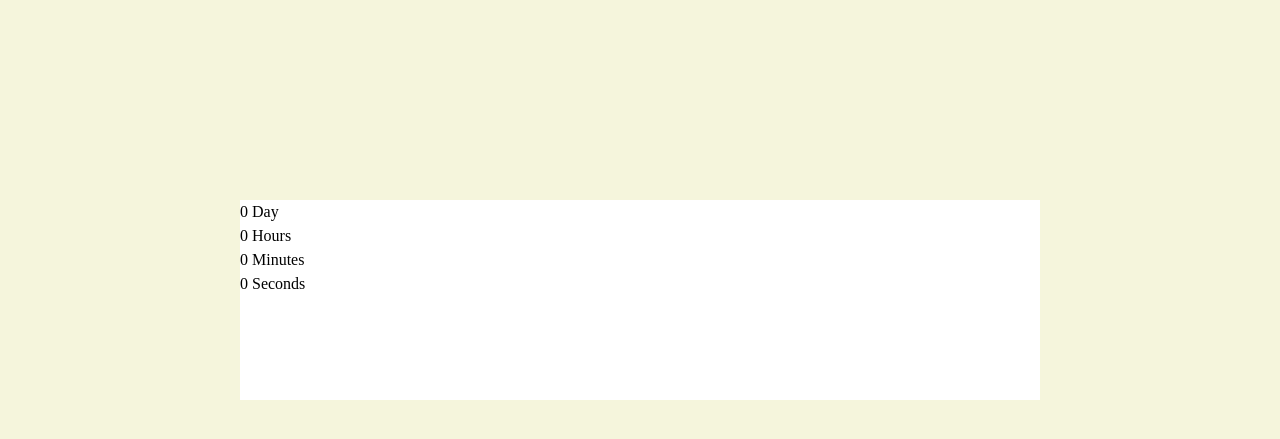
Repository: tienbkvn0605/counddown-demo
Page: index.html
An editor plug-in stored every save of this project. The page is shown before and after the next save, followed by the edit.
The browser window is 1280 px wide. The pictures show the whole page.

Above is the page before, as saved 2022-10-04 23:22:30.

After the next save:
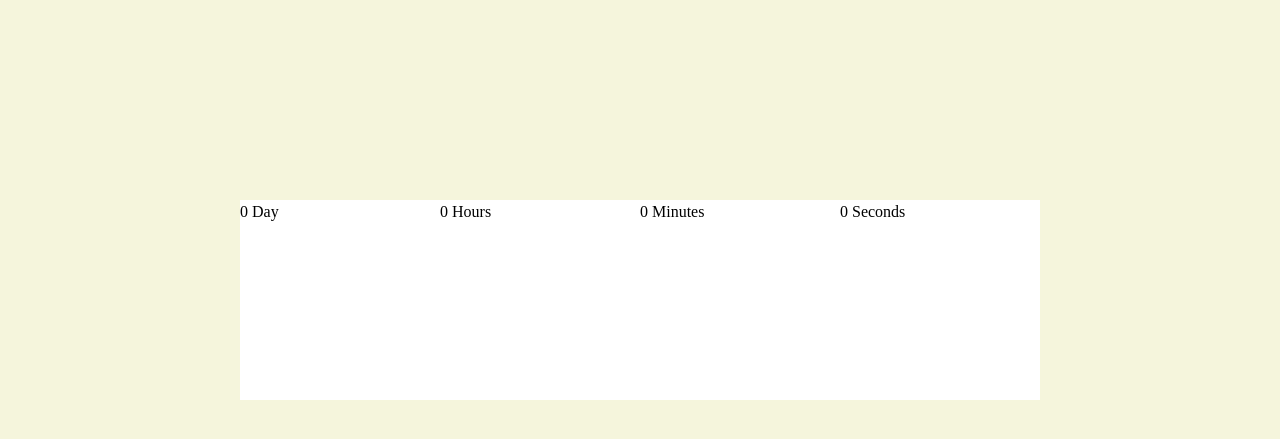
Saved 33 s later.
--- a/style.css
+++ b/style.css
@@ -6,6 +6,8 @@ body {
   height: 200px;
   margin: 200px auto;
   background-color: white;
+  display: grid;
+  grid-template-columns: repeat(4, 1fr);
 }
 ul {
   list-style: none;
